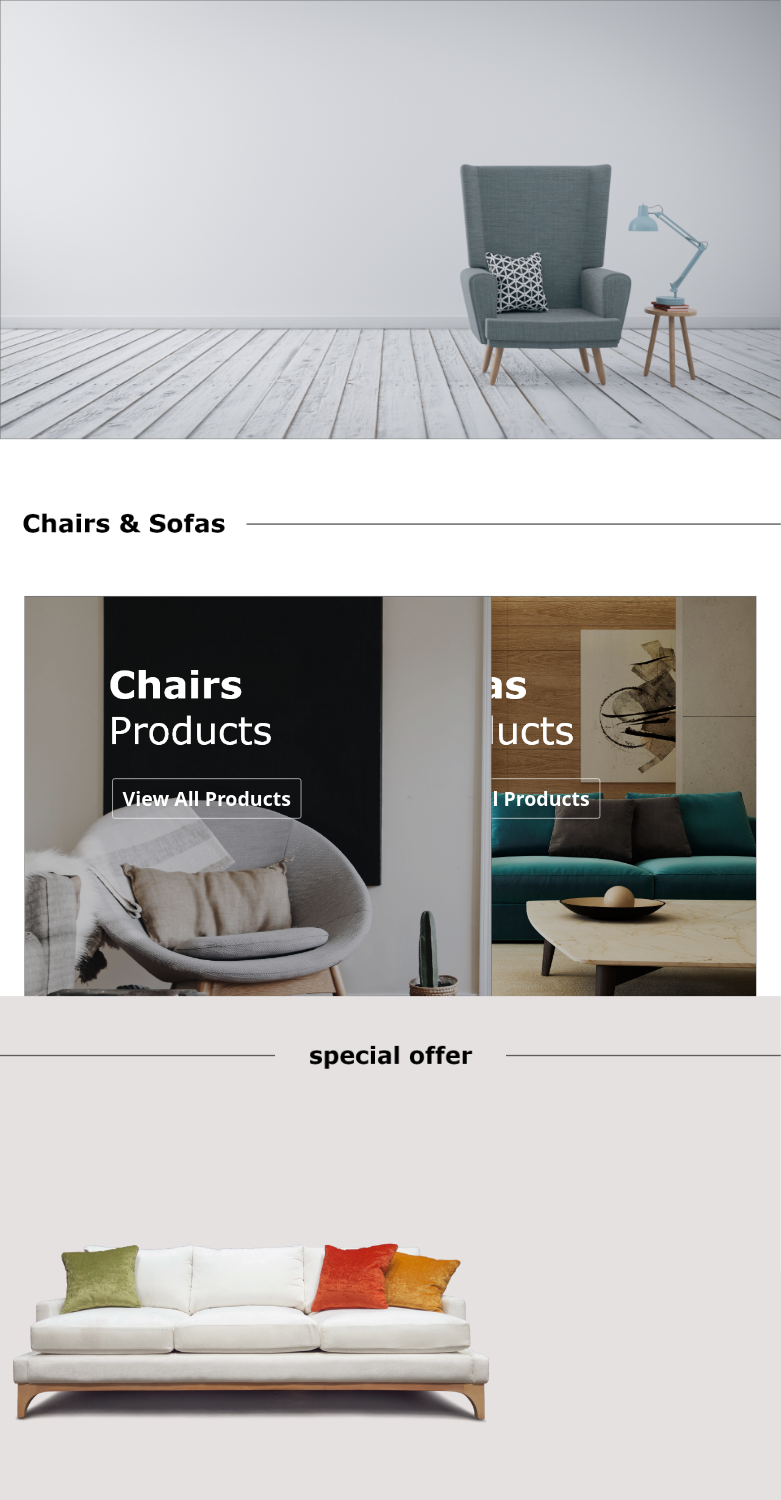
Repository: MEROO1010/creative_home
Page: /
The author's editor kept a copy of each file at every save. The page is drawn from the files as they stood at one save, then again after the next save.
The browser window is 1280 px wide. The pictures show the whole page, at 61% of full size.
The project was rebuilt for these pictures with package versions that can differ from the ones it lists, and the page was loaded fresh each time. The framework's server and built-in components were replaced by stand-ins that run in the browser. Also part of the build but not shown: next.config.js.

Above is the page before, as saved 2022-12-11 10:17:36.

### pages/_app.tsx
import '../styles/globals.css'
import type { AppProps } from 'next/app'

export default function App({ Component, pageProps }: AppProps) {
  return <Component {...pageProps} />


}

### pages/index.tsx
import styles from '../styles/Home.module.css'
import Firstsection from '../components/Firstsection'
import Chair_Sofa from '../components/Chair_Sofa'
import SpecialOffer from '../components/SpecialOffer'



export default function Home() {
  return (
    <div>

    <div>
      <Firstsection/>

      <Chair_Sofa/>

      <div  >
      <SpecialOffer/>
      </div>



    </div>



    </div>

  )
}

### components/Firstsection.tsx
import React from 'react'
import Image from 'next/image'
import first_img from '../assets/images/first_img.png'


const firstsection = () => {
  return (
    <div>
      <Image src={first_img} alt={''}/>
    </div>
  )
}

export default firstsection

### components/Chair_Sofa.tsx
import React from 'react'
import Image from 'next/image'

import Title1 from '../assets/images/title1.png'
import righBtn from '../assets/images/btn-r.png'
import leftBtn from '../assets/images/btn-l.png'




const Chair_Sofa = () => {
  return (
    <div className='py-4'>
     <div className='my-20 py-4'>
     <Image src={Title1} alt={''}/>
     </div>

     <div className=" absolute   	 right-10	     ">
      <Image src={righBtn} alt={''}/>
      <div className="absolute bottom-60   left-40 mx-10 my-28 bg-transparent hover:bg-gray-500 text-white  text-[32px] font-semibold hover:text-white py-2 px-4 border border-white hover:border-transparent rounded w-394 h-82   "><button>View All Products</button></div>
     </div>

     <div className=" absolute left-10  ">
      <Image src={leftBtn} alt={''}/>
      <div className="absolute bottom-60   left-20 mx-16 my-28 bg-transparent hover:bg-gray-500 text-white  text-[32px] font-semibold hover:text-white py-2 px-4 border border-white hover:border-transparent rounded w-394 h-82   "><button>View All Products</button></div>
     </div>

      <div>

      </div>

   </div>
  )
}

export default Chair_Sofa

### components/SpecialOffer.tsx
import React from 'react'
import Image from 'next/image'
import specialOffer from '../assets/images/specialOffer.png'
import sofa2 from '../assets/images/sofa2.png'



const SpecialOffer = () => {
  return (
    <div className="relative bg-[#E6E1E1]  py-10   px-100 my-80  top-80  space-y-10  ">
        <div className='py-4 my-4 top-10'>
          <Image src={specialOffer} alt=''/>

         </div>

         <div>
          <Image src={sofa2} alt=''/>

         </div>
    </div>
  )
}

export default SpecialOffer

### tailwind.config.js
/** @type {import('tailwindcss').Config} */
module.exports = {
  content: [
    "./pages/**/*.{js,ts,jsx,tsx}",
    "./components/**/*.{js,ts,jsx,tsx}",
  ],
  theme: {

    extend: {},
  },
  plugins: [],
}

Loaded but not shown: styles/globals.css (common file)

After the next save:
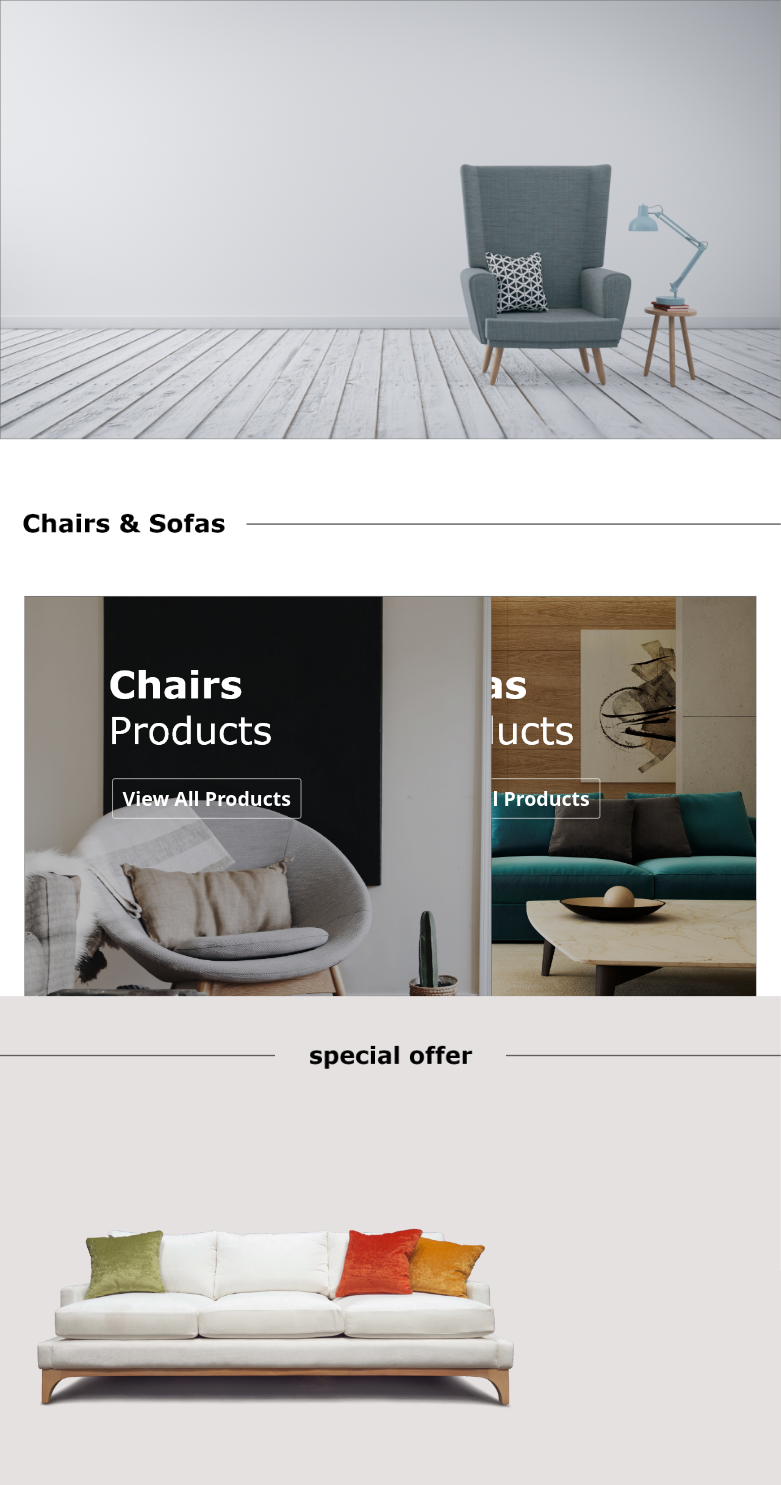
Saved 8 s later.
--- a/components/SpecialOffer.tsx
+++ b/components/SpecialOffer.tsx
@@ -7,7 +7,7 @@ import sofa2 from '../assets/images/sofa2.png'
 
 const SpecialOffer = () => {
   return (
-    <div className="relative bg-[#E6E1E1]  py-10   px-100 my-80  top-80  space-y-10  ">
+    <div className="relative bg-[#E6E1E1]  py-10   px-100 my-80  top-80  space-x-10  ">
         <div className='py-4 my-4 top-10'>
           <Image src={specialOffer} alt=''/>
 
